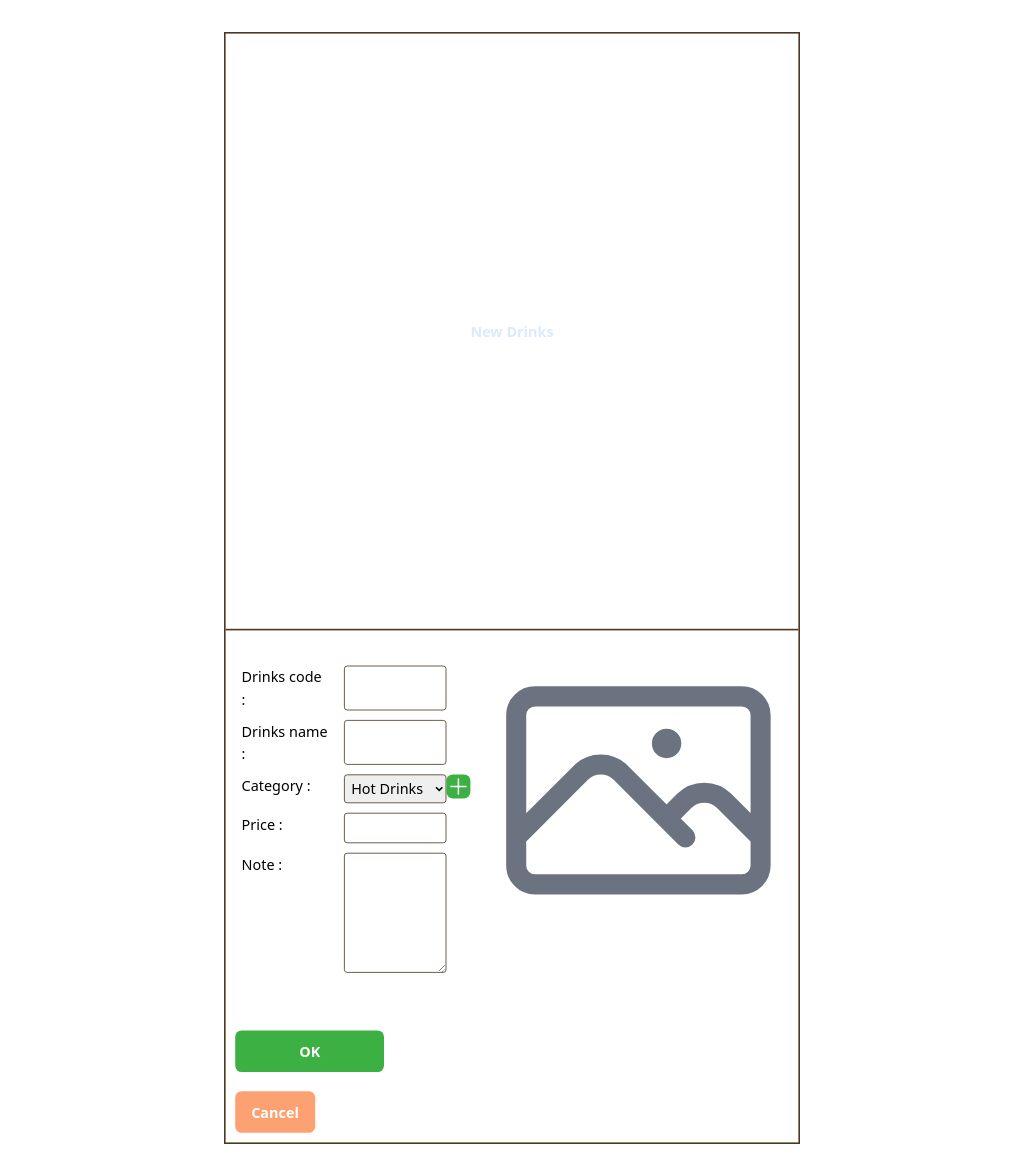
Repository: Dapravith/Midterm-SE-GIC-Cafe-Project-Group16
Page: bin/main/templates/addDrink.html
The author's editor kept a copy of each file at every save. The page is drawn from the files as they stood at one save, then again after the next save.
The browser window is 1280 px wide. The pictures show the whole page, at 80% of full size.
Some web libraries are served in a nearby version.

Above is the page before, as saved 2023-05-17 08:32:44.

### bin/main/templates/addDrink.html
<!DOCTYPE html>
<html lang="en">

<head>
    <meta charset="UTF-8">
    <meta http-equiv="X-UA-Compatible" content="IE=edge">
    <meta name="viewport" content="width=device-width, initial-scale=1.0">
    <title>Add New Drink</title>
    <script src="https://cdn.tailwindcss.com"></script>
    <style>
        * {
            margin: 0;
            padding: 0;
            box-sizing: border-box;
        }

        button:hover {
            box-shadow: 0 12px 16px 0 rgba(228, 209, 209, 0.24), 0 17px 50px 0 rgba(90, 81, 81, 0.19);
        }
    </style>
</head>

<body class="m-10 text-lg">
    <!-- CRUD PRODUCTS -->
    <div class="new_drink w-[60%] h-fit m-auto  border-[2px] border-solid border-[#4B371C] ">
        <div class="p-3 head">
            <div class="flex items-center justify-center h-screen">
                <h2 class="font-bold text-center text-blue-100 text-l">New Drinks</h2>
            </div>
        </div>
        <div class="w-[100%] border-[1px] border-solid border-[#4B371C]"></div>
        <div class="flex">
            <div class="add_drink w-[60%]">
                <div class="py-3 ">
                    <form action="#" class="p-5 ">
                        <div class="grid grid-cols-2 mt-3">
                            <label class="mr-5" for="dcode">Drinks code :</label>
                            <input type="text" id="dcode" name="" class="p-1 border-[1px] border-solid border-[#4B371C] rounded" placeholder="">
                        </div>
                        <div class="grid grid-cols-2 mt-3">
                            <label class="mr-5" for="dname">Drinks name :</label>
                            <input type="text" id="dname" name="" class="p-1 border-[1px] border-solid border-[#4B371C] rounded" placeholder="">
                        </div>
                        <div class="grid grid-cols-2 mt-3">
                            <label class="mr-5" for="category">Category :</label>
                            <div class="flex justify-between">
                                <select type="add-item" id="category" name="" class="p-1 border-[1px] border-solid border-[#4B371C] rounded" placeholder="">
                                    <option value="1">Hot Drinks</option >
                                    <option value="2" >Cool Drinks</option >
                                    <option value="3" >Frappe</option >
                                    <option value="4" >Milk Tea</option >
                                </select>
                                <button id="add_category" class=" w-fit h-fit bg-[#3CB043] text-center text-white font-bold cursor-pointer duration-100 rounded-lg">
                                    <svg xmlns="http://www.w3.org/2000/svg" fill="none" viewBox="0 0 24 24" stroke-width="1.5" stroke="currentColor" class="w-[30px] h-[30px] " onclick="showPopup()">
                                        <path stroke-linecap="round" stroke-linejoin="round" d="M12 4.5v15m7.5-7.5h-15" />
                                    </svg>
                                </button>

                            </div>

                        </div>

                        <div class="grid grid-cols-2 mt-3">
                            <label class="mr-5" for="price">Price :</label>
                            <input name="" min="0" type="number" id="price" class="p-1 border-[1px] border-solid border-[#4B371C] rounded" placeholder="">
                        </div>
                        <div class="grid grid-cols-2 mt-3">
                            <label class="mr-5" for="note">Note :</label>
                            <textarea id="note" cols="50" rows="5" name="" class="p-1 w-full border-[1px] border-solid border-[#4B371C] rounded resize-x"> </textarea>
                        </div>
                    </form>
                </div>
                <br />
                <div>
                    <button class=" py-3 bg-[#3CB043] text-center text-white font-bold px-20 m-3 inline-block cursor-pointer duration-100 rounded-lg">OK</button>
                    <button class=" py-3 px-5 bg-[#FDA172] text-center text-white  font-bold p-3 m-3 inline-block cursor-pointer duration-100 rounded-lg">Cancel</button>
                </div>
            </div>
            <!-- images -->
            <div class="ml-5 img">
                <form action="#">
                    <input id="file-input" type="file" name="file" hidden accept="image/*">
                    <label for="file-input" class="cursor-pointer">
                        <div id="image-preview" class="w-[400px] h-fit p-3 border-[#4B371C]">
                            <svg xmlns="http://www.w3.org/2000/svg" fill="none" viewBox="0 0 24 24" stroke-width="1.6" stroke="currentColor" class="w-full h-full text-gray-500">
                                <path stroke-linecap="round" stroke-linejoin="round" d="M2.25 15.75l5.159-5.159a2.25 2.25 0 013.182 0l5.159 5.159m-1.5-1.5l1.409-1.409a2.25 2.25 0 013.182 0l2.909 2.909m-18 3.75h16.5a1.5 1.5 0 001.5-1.5V6a1.5 1.5 0 00-1.5-1.5H3.75A1.5 1.5 0 002.25 6v12a1.5 1.5 0 001.5 1.5zm10.5-11.25h.008v.008h-.008V8.25zm.375 0a.375.375 0 11-.75 0 .375.375 0 01.75 0z" />
                            </svg>
                        </div>
                    </label>
                </form>
            </div>
        </div>
    </div>
    </div>
    </div>
    </div>
    <!-- ADD NEW CATEGORY -->
    <div class="popup w-[100vw] h-[100vh] absolute top-[0] left-[0] bg-[#f1f1f199] hidden z-[100]">
        <main class="w-[20rem] absolute top-[50%] left-[50%] translate-x-[-50%] translate-y-[-50%]">
            <div class="none w-full h-fit m-auto  border-[2px] border-solid border-[#4B371C]">
                <div class="p-3 head">
                    <h2>New Category</h2>
                </div>
                <div class="w-[100%] border-[1px] border-solid border-[#4B371C]"></div>
                <div class="">
                    <form action="#" class="p-3 add_category">
                        <div class="grid grid-cols-2 mt-3">
                            <label for="gcode">Category code :</label>
                            <input type="text" id="dcode" name="" class="category_code border-[1px] border-solid border-[#4B371C] rounded" placeholder="" required>
                        </div>
                        <div class="grid grid-cols-2 mt-3">
                            <label for="gname">Category name :</label>
                            <input type="text" id="gname" name="" class="category_name border-[1px] border-solid border-[#4B371C] rounded" placeholder="" required>
                        </div>
                        <br />
                        <div class="flex">
                            <input id="okay" type="submit" value="OK" class=" py-3 bg-[#3CB043] text-center font-bold text-white px-16 in m-3 p-3 line-block cursor-pointer duration-100 rounded-lg">
                            <button class="cancel py-3 px-5 bg-[#FDA172] text-center font-bold text-white p-3 m-3 inline-block cursor-pointer duration-100 rounded-lg">Cancel</button>
                        </div>
                    </form>
                </div>
            </div>
        </main>

    </div>
    <script>
        const addNewCat = document.getElementById("add_category");
        const popup = document.querySelector(".popup");
        const form_add_category = document.querySelector(".add_category");
        const imagePreview = document.getElementById("image-preview");
        const fileInput = document.getElementById("file-input");

        addNewCat.addEventListener("click", showPopup);

        function showPopup() {
            popup.classList.remove("hidden");
        }

        form_add_category.addEventListener("submit", () => {
            clear();
            popup.classList.add("hidden");
        });

        document.querySelector(".cancel").addEventListener("click", () => {
            clear();
            popup.classList.add("hidden");
        });

        popup.addEventListener("click", (e) => {
            const target = e.target;

            if (target.classList.contains("popup")) {
                clear();
                popup.classList.add("hidden");
            }
        });

        function readImage(input) {
            if (input.files && input.files[0]) {
                const reader = new FileReader();

                reader.onload = function(e) {
                    const fileName = input.files[0].name;

                    imagePreview.innerHTML = `
                  <div class="image-container">
                    <img src="${e.target.result}" alt="Category Image">
                    <p class="image-name">${fileName}</p>
                    <button class="flex inline-flex items-center px-4 py-2 text-sm font-medium text-white bg-red-700 rounded-md item-center hover:bg-red-900">
                        <svg xmlns="http://www.w3.org/2000/svg" class="w-5 h-5 mr-2" fill="none" viewBox="0 0 24 24" stroke="currentColor">
                          <path stroke-linecap="round" stroke-linejoin="round" stroke-width="2" d="M19 7l-.867 12.142A2 2 0 0116.138 21H7.862a2 2 0 01-1.995-1.858L5 7m5 4v6m4-6v6m1-10V4a1 1 0 00-1-1h-4a1 1 0 00-1 1v3M4 7h16" />
                        </svg>

                        Delete
                      </button>
                  </div>
                `;

                    const deleteButton = imagePreview.querySelector(".delete-image");
                    deleteButton.addEventListener("click", () => {
                        clearImagePreview();
                    });
                };

                reader.readAsDataURL(input.files[0]);
            }
        }



        fileInput.addEventListener("change", function() {
            readImage(this);
        });

        function clear() {
            document.getElementById("dcode").value = "";
            document.getElementById("gname").value = "";
            fileInput.value = "";
            clearImagePreview();
        }

        function clearImagePreview() {
            const imageContainer = document.querySelector(".image-container");
            if (imageContainer) {
                imageContainer.remove();
            }
        }
    </script>
</body>

</html>

After the next save:
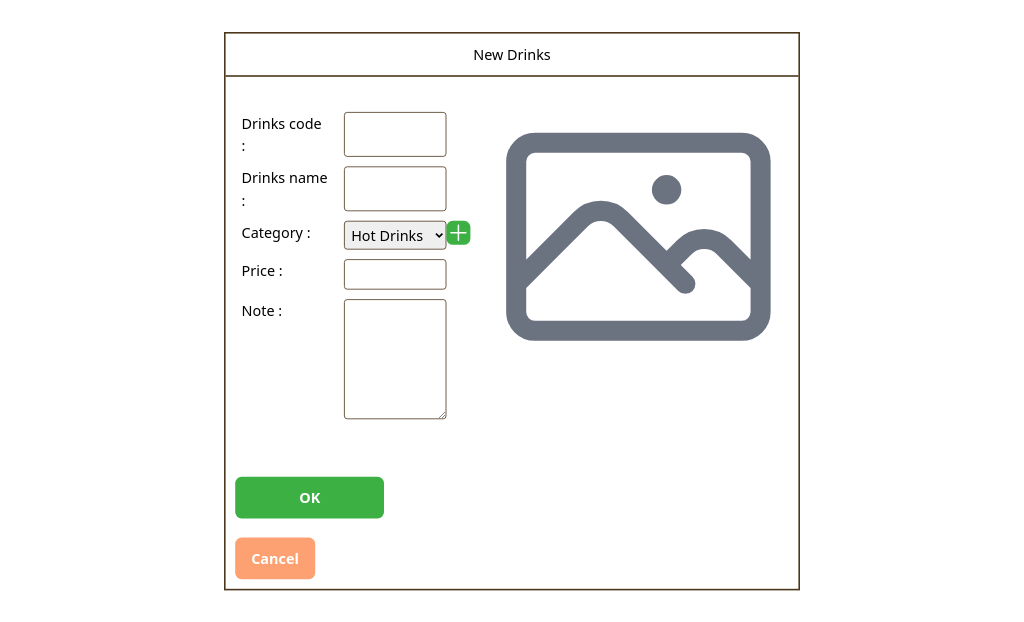
Saved 45 s later.
--- a/bin/main/templates/addDrink.html
+++ b/bin/main/templates/addDrink.html
@@ -17,6 +17,10 @@
         button:hover {
             box-shadow: 0 12px 16px 0 rgba(228, 209, 209, 0.24), 0 17px 50px 0 rgba(90, 81, 81, 0.19);
         }
+
+        h2 .text-center {
+            color: blue;
+        }
     </style>
 </head>
 
@@ -24,9 +28,7 @@
     <!-- CRUD PRODUCTS -->
     <div class="new_drink w-[60%] h-fit m-auto  border-[2px] border-solid border-[#4B371C] ">
         <div class="p-3 head">
-            <div class="flex items-center justify-center h-screen">
-                <h2 class="font-bold text-center text-blue-100 text-l">New Drinks</h2>
-            </div>
+            <h2 class="text-center">New Drinks</h2>
         </div>
         <div class="w-[100%] border-[1px] border-solid border-[#4B371C]"></div>
         <div class="flex">
